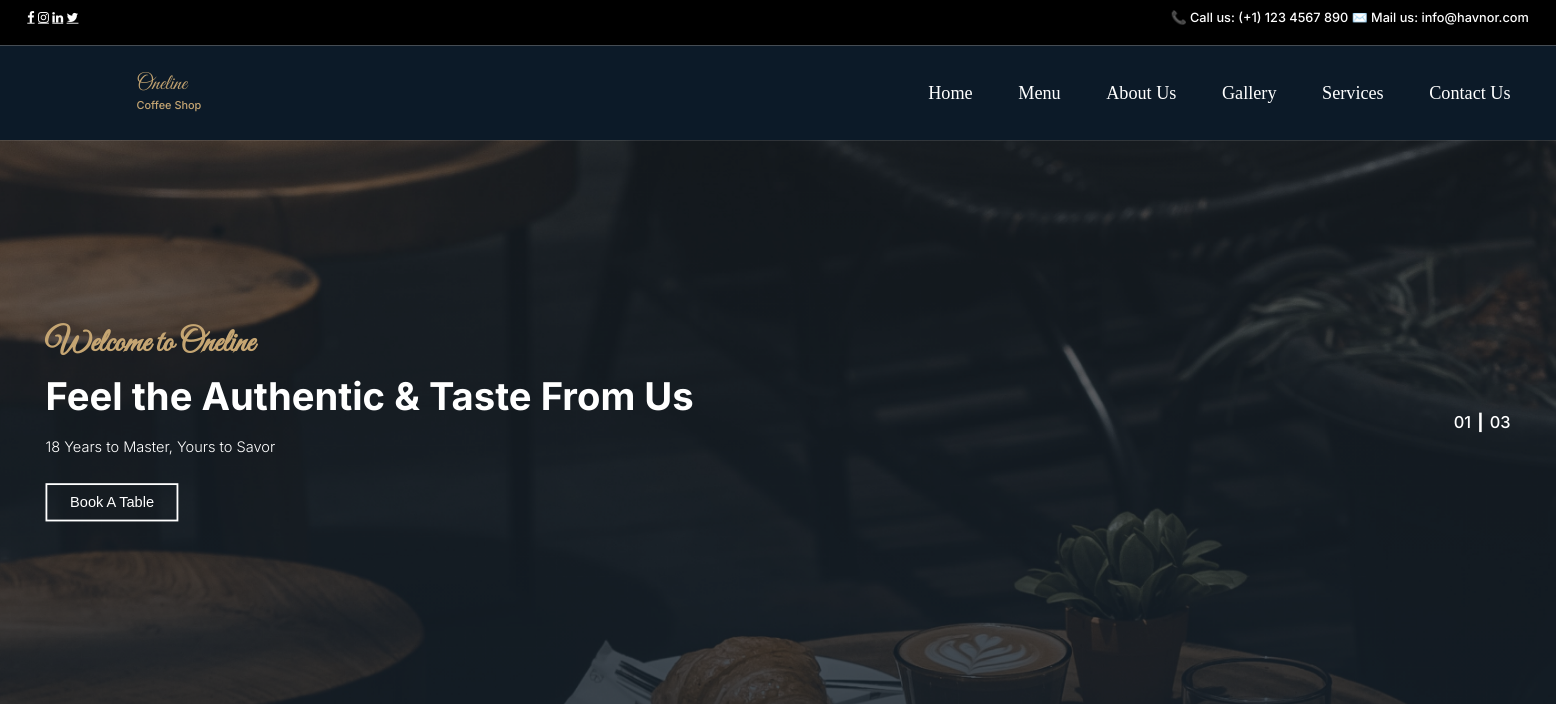
Repository: abhayzulasana/Online-Coffee-Shop
Page: index.html
An editor plug-in stored every save of this project. The page is shown before and after a run of saves, followed by the edit.
The browser window is 1280 px wide. The page is 1710 px wide, so the pictures cover 1710 px, including what lies to the right of the window. The pictures show the whole page, at 91% of full size.

Above is the page before, as saved 2025-05-13 17:04:37.

After the next 2 saves:
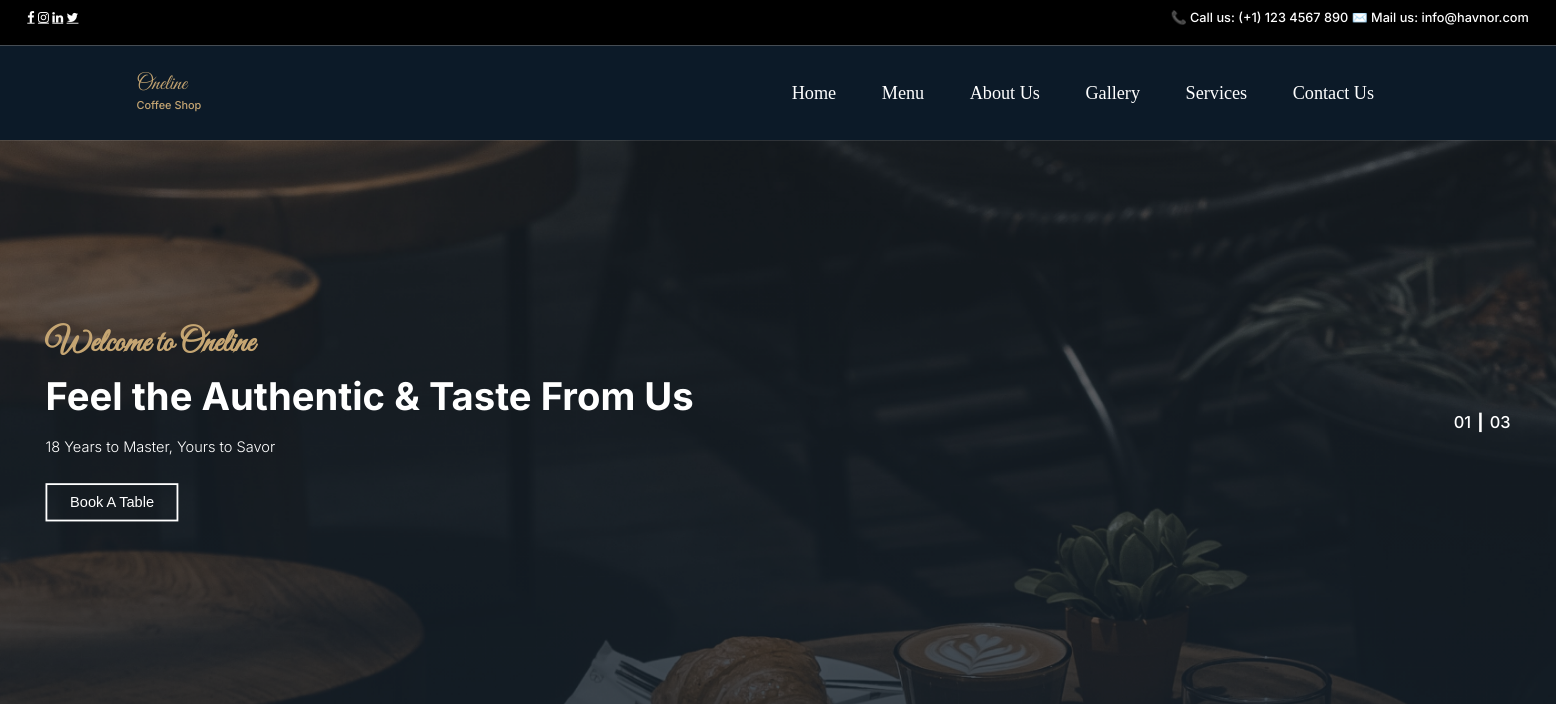
The 2 saves are shown as one change because they came seconds apart.
The last was saved 11 s later.
--- a/style.css
+++ b/style.css
@@ -77,7 +77,7 @@
   }
 
   .nav-links {
-    margin-left: 150px;
+    margin-right: 150px;
 
     top: 88px;
 height: 24px;
